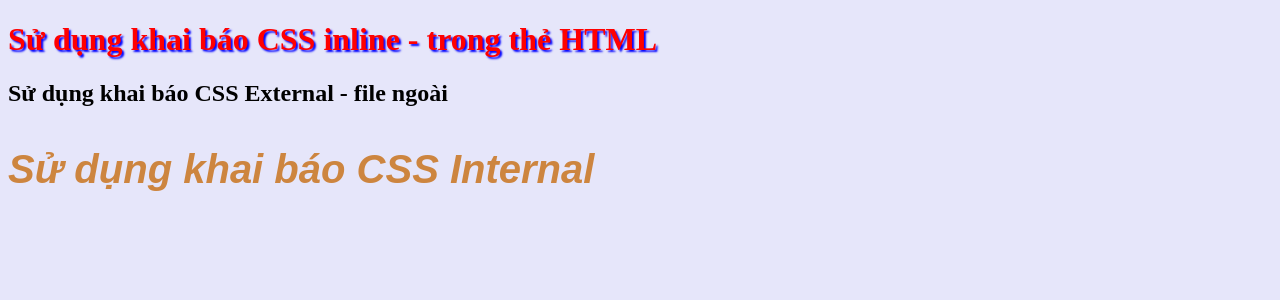
Repository: Pr-DuyTam/HTML-CSS-JS-PHP
Page: CSS/Bài Tập CSS/Bai1.html
An editor plug-in stored every save of this project. The page is shown before and after the next save, followed by the edit.
The browser window is 1280 px wide. The pictures show the whole page.

Above is the page before, as saved 2023-08-03 08:43:22.

After the next save:
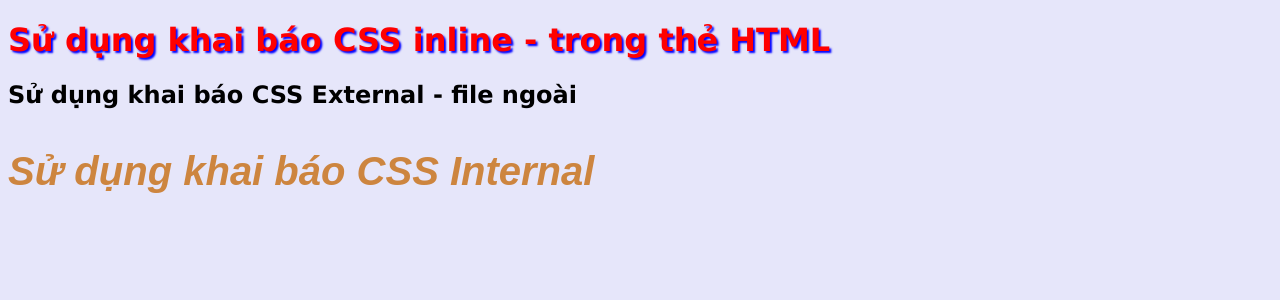
Saved 16 s later.
--- a/CSS/Bài Tập CSS/dinhdang.css
+++ b/CSS/Bài Tập CSS/dinhdang.css
@@ -1,3 +1,4 @@
 body{
     background-color: lavender;
+    font-family: Verdana, Geneva, Tahoma, sans-serif
 }
